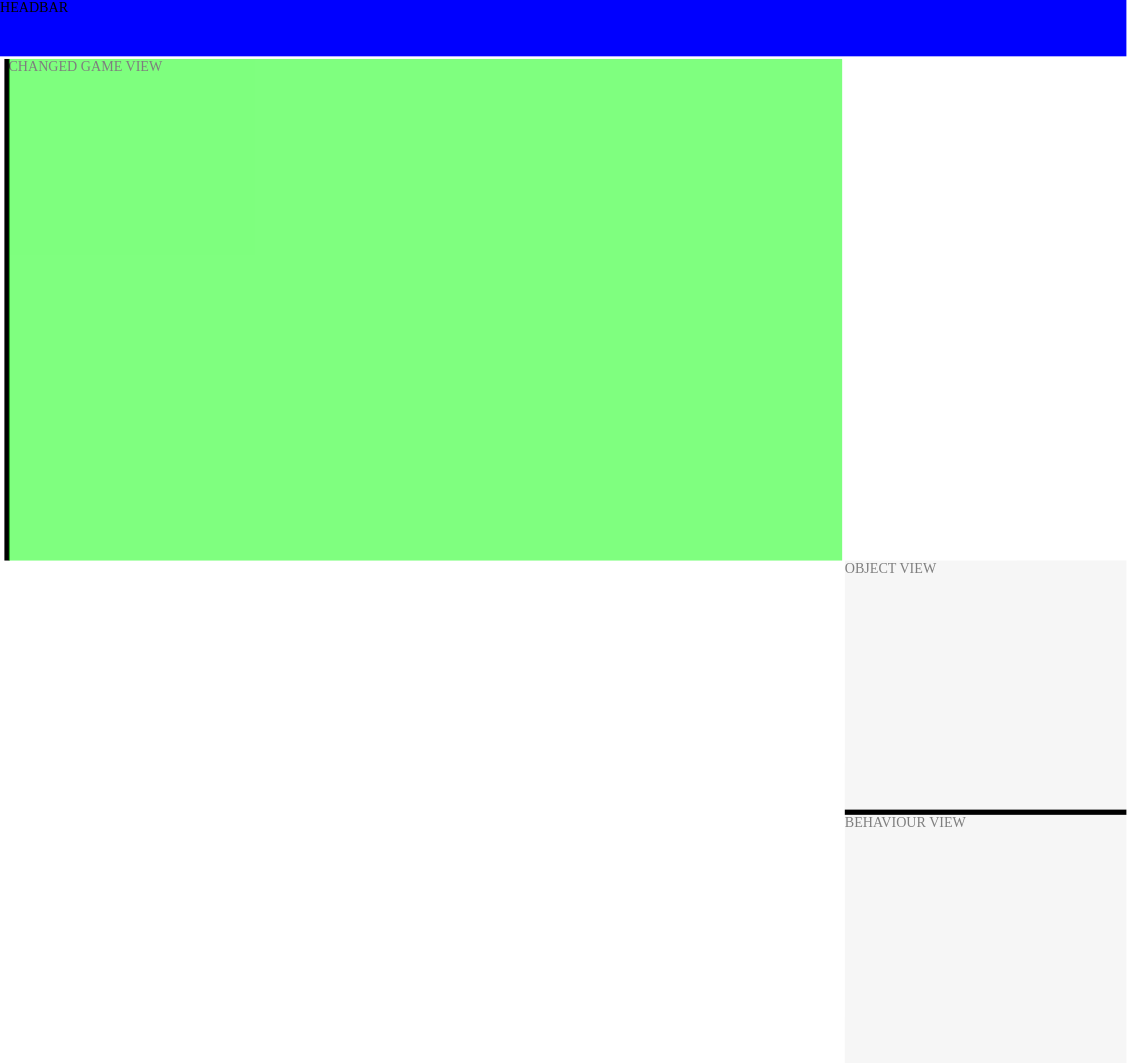
Repository: n-donnelly/onlinegameproto
Page: Content/main.html
The author's editor kept a record of every edit. The page is drawn from the files as they stood at one moment, then again after the next edit.
The browser window is 1280 px wide. The page is 1285 px wide, so the pictures cover 1285 px, including what lies to the right of the window. The pictures show the whole page, at 88% of full size.

Above is the page before.

### Content/main.html
<!DOCTYPE html>
<!-- HTML5 Hello world by kirupa - http://www.kirupa.com/html5/getting_your_feet_wet_html5_pg1.htm -->
<html lang="en-us">

<head>
<meta charset="utf-8">
<link rel="stylesheet" type="text/css" href="/CSS/main.css">
<title>Online Game Prototyping Tool</title>
</head>

<body>

<div id="header">HEADBAR</div>


<div id="content">
    <div id="gameView">GAME VIEW</div>

    <div class="resize_bar vert_resizer"></div>

    <div id="rightBar">
        <div id="objectView">OBJECT VIEW</div>
        <div class="resize_bar hor_resizer"></div>
        <div id="behaviourView">BEHAVIOUR VIEW</div>
    </div>
</div>
<script src="/scripts/jquery-2.1.3.min.js"></script>
<script src="/scripts/main.js"></script>

</body>
</html>

### CSS/main.css
#header {
    height: 64px;
    background: #0000ff;
    margin-bottom: 0.2em;
}

#gameView {
    float: left;
    background: #00ff00;
    width: 74%;
    height: 89%;
    position: absolute;
    margin-right: 0.4em;
    left: 0.3em;
    opacity: 0.5;
}

#rightBar {
    right: 0.3em;
    width: 25%;
    height:89%;
    position: absolute;
}

#objectView {
    height: 49.5%;
    background: #eee;
    opacity: 0.5;
}

#behaviourView {
    height: 49.5%;
    background: #eee;
    margin-top:6px;
    opacity: 0.5;
}

#content {
    height:89%;
    width: 100%;
    position: absolute;
    margin-right: 0.4em;
    left: 0.3em;
}

.resize_bar {
    background: #000;
    cursor: resize_bar;
}

.hor_resizer {
    height: 6px;
    width: 100%;
    position:absolute;
    right:0px;
}

.vert_resizer {
    width: 6px;
    height:89%;
}

body {
    margin: 0px;
}

### scripts/main.js
$("#gameView").html("CHANGED GAME VIEW")

Loaded but not shown: scripts/jquery-2.1.3.min.js (library)

After the next edit:
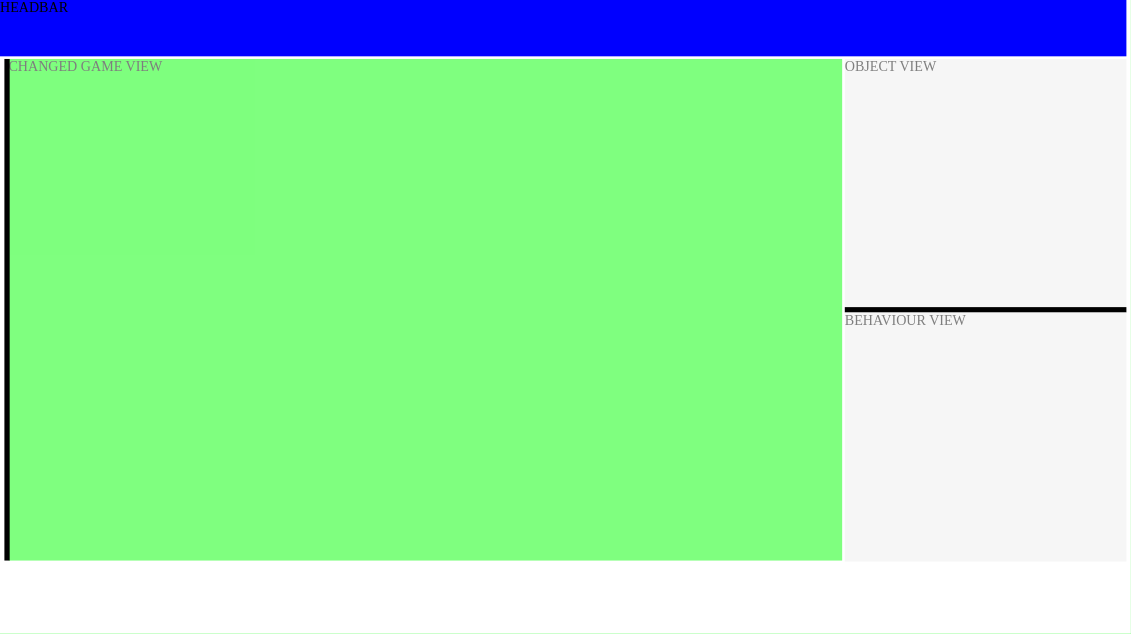
The edit:
--- a/CSS/main.css
+++ b/CSS/main.css
@@ -58,6 +58,8 @@
 .vert_resizer {
     width: 6px;
     height:89%;
+    float: right;
+    position: absolute;
 }
 
 body {
